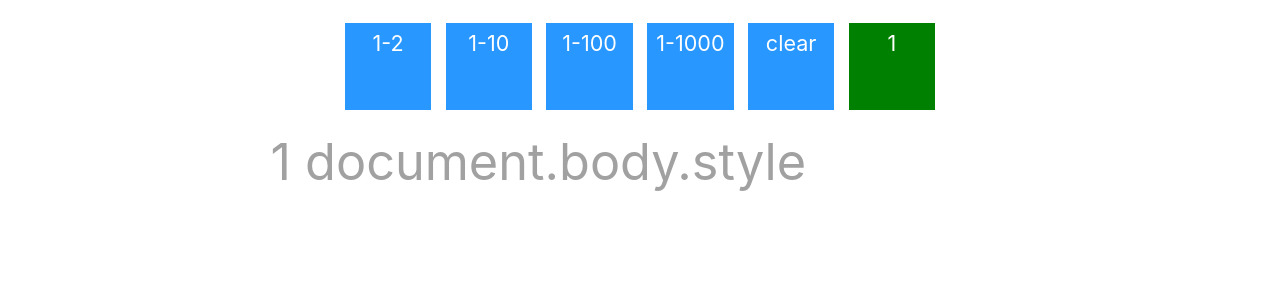
Repository: michalgornicki/number-generator
Page: /, after clicking the first element matching `div.button`
The author's editor kept a copy of each file at every save. The page is drawn from the files as they stood at one save, then again after a run of saves.
The browser window is 1280 px wide. The pictures show the whole page.
The project was rebuilt for these pictures with package versions that can differ from the ones it lists, and the page was loaded fresh each time.

Above is the page before, as saved 2021-12-03 14:16:11.

### src/App.jsx
import React, { useState } from "react";
import "./App.css";

function App() {
  const [state, setState] = useState([]);
  var sum = state.length > 0 ? state.reduce((a, b) => a + b) : 0;

  return (
    <p>
      <div className="button-container">
        <div
          className="button"
          onClick={() =>
            setState([...state, Math.floor(Math.random() * 2 + 1)])
          }
        >
          1-2
        </div>
        <div
          className="button"
          onClick={() => setState([...state, Math.floor(Math.random() * 10)])}
        >
          1-10
        </div>
        <div
          className="button"
          onClick={() => setState([...state, Math.floor(Math.random() * 100)])}
        >
          1-100
        </div>
        <div
          className="button"
          onClick={() => setState([...state, Math.floor(Math.random() * 1000)])}
        >
          1-1000
        </div>
        <div className="button" onClick={() => setState([])}>
          clear
        </div>
        <div className="button green">{sum}</div>
      </div>

      <div className="map">
        {state.map((item, index) => {
          return (
            <div className="map-item">
              {item} {console.log(index)}
              document.body.style
            </div>
          );
        })}
      </div>
    </p>
  );
}

export default App;

### src/App.css
body{
    user-select: none;
}

.button-container{
    display: block;
    margin:auto;
    display: flex;
    justify-content: center;
}

.button{
    width: 10vmin;
    height: 10vmin;
    background-color: rgb(40, 151, 255);
    color: white;
    padding: 1vmin;
    margin: 1vmin;
    cursor: pointer;
    text-align: center;
    font-size: 3vmin;
}

.green{
    background-color: green;
}

.map{
    display: flex;
    flex-wrap: wrap;
    margin: auto;
    text-align: center;
    width: fit-content;
    width: 60%;
}

.map-item{
    padding: 2vmin;
    font-size: 7vmin;
    transition: 1s;
    color: rgb(161, 161, 161);
}

Loaded but not shown: public/index.html (common file); src/index.js (common file); src/index.css (common file); src/reportWebVitals.js (common file)

After the next 6 saves:
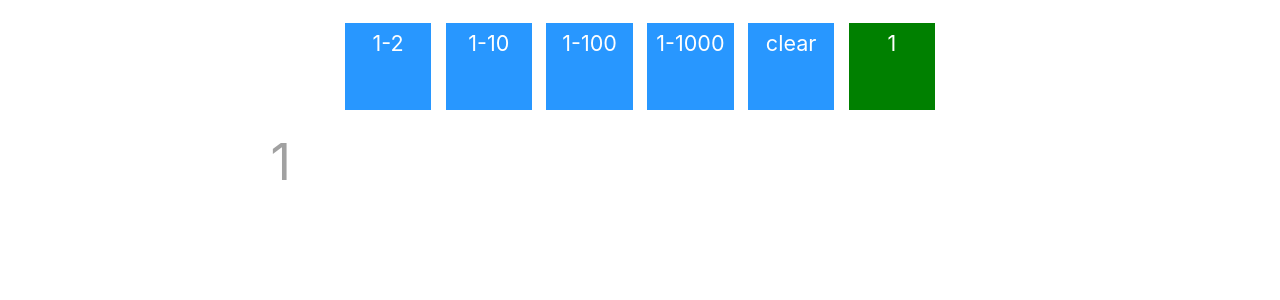
The 6 saves are shown as one change because 1 did not build or start and some came seconds apart.
The last was saved 14 s later.
--- a/src/App.jsx
+++ b/src/App.jsx
@@ -45,7 +45,7 @@ function App() {
           return (
             <div className="map-item">
               {item} {console.log(index)}
-              document.body.style
+              {document.getElementsByClassName}
             </div>
           );
         })}
